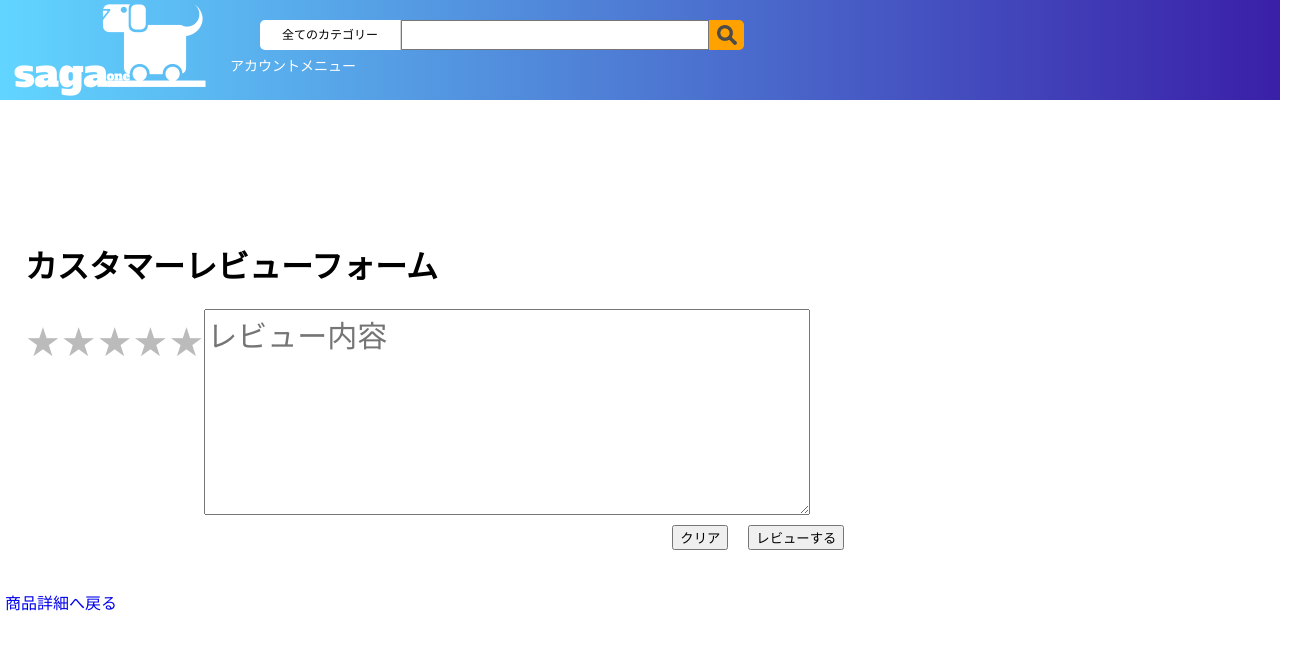
Repository: a4b3c2d1/backup
Page: http://localhost/sagaone-master/review.jsp
These files come from the project's save history. The page is drawn as it stood at one moment and after the next save; the edit follows.
The browser window is 1280 px wide. The page is 1315 px wide, so the pictures cover 1315 px, including what lies to the right of the window. The pictures show the whole page.
The page is served by Tomcat 9. Other server files are loaded and not shown.

Above is the page before, as saved 2018-01-21 05:19:42.

### sagaone-master/WebContent/review.jsp
<%@ page language="java" contentType="text/html; charset=UTF-8"
	pageEncoding="UTF-8"%>
<%@ taglib prefix="s" uri="/struts-tags"%>
<!DOCTYPE html PUBLIC "-//W3C//DTD HTML 4.01 Transitional//EN" "http://www.w3.org/TR/html4/loose.dtd">
<html>
<head>
<meta http-equiv="Content-Type" content="text/html; charset=UTF-8">
<meta http-equiv="Content-Style-Type" content="text/css" />
<meta http-equiv="Content-Script-Type" content="text/javascript" />
<link rel="stylesheet" type="text/css" href="./css/style.css">

<title>レビュー</title>
<style type="text/css">
a {
	text-decoration: none;
}

a:visited {
	color: #0066c0;
	text-decoration: none
}

#main {
	margin-top: 100px;
	margin-bottom: 60px;
	min-height: 100%;
	height: auto !important;
	height: 100%;
	position: relative;
}

.main1 {
	padding: 20px;
	width: 100%;
	height: 350px;
}

.review1 {
	height: 250px;
	float: left;
	width: 650px;
}

.text {
	width: 600px;
	height: 200px;
	font-size: 30px;
}
.botton1{
float:right;
margin:10px;

}

.main2 {
	width: 100%;
	clear: both;
}

.hyouka {
	float: left;
	height: 100px;
	display: -ms-flex;
	display: -webkit-flex;
	display: -moz-flex;
	display: -o-flex;
	display: flex;
	flex-direction: -ms-row-reverse;
	flex-direction: -webkit-row-reverse;
	flex-direction: -moz-row-reverse;
	flex-direction: -o-row-reverse;
	flex-direction: row-reverse;
	justify-content: -ms-right;
	justify-content: -webkit-right;
	justify-content: -moz-right;
	justify-content: -o-right;
	justify-content: right;
}

.a:hover {
	color: #eb1515;
	cursor: pointer;
	text-decoration: underline;
}

.hyouka input[type='radio'] {
	display: none;
}

.hyouka label {
	position: relative;
	padding: 10px 0px 20px 0px;
	color: #bbb;
	cursor: pointer;
	font-size: 40px;
}

.hyouka label:hover, .hyouka label:hover ~ label, .hyouka input[type='radio']:checked
	 ~ label {
	color: #ffcc33;
}

.main1 input[type='submit'], input[type='button'] {
	float: right;
}
</style>

<script type="text/javascript">
	function hoge() {
		document.getElementById("text").value = "";
	}
</script>
</head>
<body>
	<header>

	<div id="main-logo">
		<img src="./css/sagaone_logo.png" height="100px">
	</div>

	<div id="search-form">

		<s:form action="SearchItemAction">
			<div id="search-box">
				<select name="itemCategory" id="category">
					<option value="0">全てのカテゴリー</option>
					<option value="1">本</option>
					<option value="2">家電・パソコン</option>
					<option value="3">おもちゃ・ゲーム</option>
				</select> <input type="text" name="searchWord" id="search" />
			</div>
			<div class="search-btn">
				<input type="image" src="./css/searchIcon.png" width="20"
					height="20" class="icon" />
			</div>
		</s:form>
	</div>

	<div id="header-container">

		<ul id="normal" class="dropmenu">

			<li><s:if test="session.loginUserId != null">
					<s:property value="#session.loginUserId" />でログイン中
					</s:if></li>

			<li>アカウントメニュー
				<ul>
					<s:if test="session.loginUserId != null">
						<li><s:form action="MyPageAction">
								<s:submit value="マイページ" cssClass="b-btn" />
							</s:form></li>
					</s:if>

					<s:if test="session == null">
						<li><s:form action="LoginPageAction">
								<s:submit value="ログイン画面へ" cssClass="b-btn" />
							</s:form></li>
					</s:if>

					<s:if test="session.loginUser == null">
						<li><s:form action="LoginPageAction">
								<s:submit value="ログイン画面へ" cssClass="b-btn" />
							</s:form></li>
					</s:if>

					<s:if test="session.loginUser != null">
						<li><s:form action="LogoutAction">
								<s:submit value="ログアウト" cssClass="b-btn" />
							</s:form></li>
					</s:if>

					<li><s:form action="UserCreateAction">
							<s:submit value="ユーザー登録" cssClass="b-btn" />
						</s:form></li>

					<li><s:form action="ItemAction">
							<s:hidden name="offset" value="0"></s:hidden>
							<s:submit value="商品一覧" cssClass="b-btn" />
						</s:form></li>

					<li><s:form action="CartAction">
							<s:hidden name="cartFlg" value="1"></s:hidden>
							<s:submit value="カート確認" cssClass="b-btn" />
						</s:form></li>

					<s:if test="session.loginUser != null">
						<li><s:form action="PaymentAction">
								<s:submit value="決済" cssClass="b-btn" />
							</s:form></li>
					</s:if>
				</ul>
			</li>
		</ul>
	</div>


	</header>
	<div id="main">
		<div class="main1">
			<h1>カスタマーレビューフォーム</h1>
			<s:if test="reviewErrormessage !=''">
				<s:property value="reviewErrormessage" escape="false" />

			</s:if>
			<s:form action="ReviewConfirmAction">

				<div class="hyouka">
					<input id="hoshi1" type="radio" name="value" value="5" /> <label
						for="hoshi1">★</label> <input id="hoshi2" type="radio"
						name="value" value="4" /> <label for="hoshi2">★</label> <input
						id="hoshi3" type="radio" name="value" value="3" /> <label
						for="hoshi3">★</label> <input id="hoshi4" type="radio"
						name="value" value="2" /> <label for="hoshi4">★</label> <input
						id="hoshi5" type="radio" name="value" value="1" /> <label
						for="hoshi5">★</label> <input type="radio" name="value" value=""
						checked="checked" style="display: none;" />
				</div>
				<div class="review1">
					<s:textarea class="text" name="review" placeholder="レビュー内容"></s:textarea>

					<span class="botton1"><input type="submit" value="レビューする" /></span><span
						class="botton1"> <input type="button" value="クリア"
						onClick="hoge()" /></span>
				</div>
			</s:form>
		</div>

		<div class="main2">

			<a
				href='<s:url action="ItemDetailAction"><s:param name="product_id" value="session.review_product_id" /><s:param name="category_id" value="session.review_category_id" /></s:url>'>
				<span class="a">商品詳細へ戻る</span>
			</a>
		</div>
	</div>
</body>

</html>

### sagaone-master/WebContent/css/style.css
@CHARSET "UTF-8";

html {
	min-height: 100%;
	position: relative;
}
body{
	margin: 0;
	font-family: Ariel, sans-serif;
	margin-bottom: 45px;
}
.clearfix:after {
	content: "";
	clear: both;
	display: block;
}

header{
	height: 100px;
	background-image: linear-gradient(-90deg, #3A1FA8, #61D5FF);
	color: white;
}

input{
	outline: none;
}

#main-logo{
	float: left;
	height: 100px;
	padding-left: 10px;
}

#search-form{
	padding-top: 20px;
	min-width: 500px;
	height: 30px;
	margin-left: 260px;
	line-height: 20px;
}

#search-box{
	margin: 0;
	float:left;
	height: 30px;
}

#category{
	appearance: none;
	background: #fff;
	vertical-align: middle;
	color: black;
	box-sizing: content-box;
	border: 0;
	border-right: 1px solid #d7d7d7;
	border-radius: 5px 0 0 5px;
	margin: 0;
	float:left;
	height: 30px;
	width: 140px;
	font-size: 12px;
	text-align: center;
}

#search{
	margin: 0;
	float: left;
	height: 24px;
	width: 300px;
}

.search-btn{
	position: relative;
	margin: 0;
	float: left;
	height: 30px;
	width: 35px;
	background-color: #ffa200;
	box-sizing:border-box;
	border: none;
	border-radius: 0 5px 5px 0;
	color: black;
	box-shadow: none;
	outline: none;
	inline: none;
	text-align: center;
	line-height: 22px;
}
.search-btn input {
	padding-top: 5px;
}
.search-btn:hover{
	cursor: pointer;
	opacity: 0.9;
}

#header-container{
	min-width: 600px;
	width: 65%;
	height: 50px;
	margin-top: 0px;
	margin-left: 230px;
}
#itemmenu, #acountmenu {
  float: left;
  position: relative;
  width: 180px;
  height: 30px;
  margin: 0;
  padding-top: 15px;
  text-align: center;
}

#welcome{
	float: right;
	width: 180px;
	height: 30px;
	padding-top: 15px;
}

.dropmenu{
float: left;
  *zoom: 1;
  list-style-type: none;
  width: 100%;
  height:45px;
  margin: 5px auto 0;
  padding: 0;
  font-size: 14px;
}
.dropmenu:before, .dropmenu:after{
  content: "";
  display: table;
}
.dropmenu:after{
  clear: both;
}

.drop-topic {
	display: inherit;
	height: 100%;
	text-align: center;
}
.b-btn, .c-btn{
  display: block;
  margin: 0;
  padding: 15px 0 11px;
  width: 100%;
  background: #fff;
  box-shadow: 3px 3px 10px #cccccc;
  color: black;
  font-size: 14px;
  line-height: 1;
  text-decoration: none;
  text-align: center;
  border: transparent 1px solid ;
  transition: 0.2s;
}
.item-drop, .acount-drop {
  display: none;
  list-style: none;
  position: absolute;
  z-index: 9999;
  top: 100%;
  width: 180px;
  margin: 0;
  padding: 0;
    border: 1px solid #aaa;
    transition: opacity 0.2s linear;
}

.item-drop li{
  width: 100%;
}
.acount-drop li {
	width: 100%;
}
.dropmenu li:hover ul{
  display: block;
}

.dropmenu li ul li{
  overflow: hidden;
  height: 0;
  transition: .2s;
}

.dropmenu li:hover ul li{
  overflow: visible;
  height: 38px;
}
.b-btn{
  padding: 13px 15px;
  background: #fff;
  text-align: center;
}
.acount-drop:hover > .b-btn{
  background: #59c5ff;
  transition: .2s;
}
.b-btn:hover{
  	letter-spacing: 3px;
	background-color: #59c5ff;
	color: #fff;
}

.c-btn{
  padding: 13px 15px;
  background: #fff;
  text-align: center;
}
.item-drop:hover > .c-btn{
  background: #00d977;
  transition: .2s;
}
.c-btn:hover{
  	letter-spacing: 3px;
	background-color: #00d977;
	color: #fff;
}

.item-drop {
  display: none;
}



#main{
	margin: 50px 5px 60px ;
}

footer{
	clear: both;
	position: absolute;
	bottom: 0;
	width: 100%;
	height: 45px;
	line-height: 50px;
	text-align: center;
	background-image: linear-gradient(-90deg, #3A1FA8, #61D5FF);
	color: white;
}

After the next save:
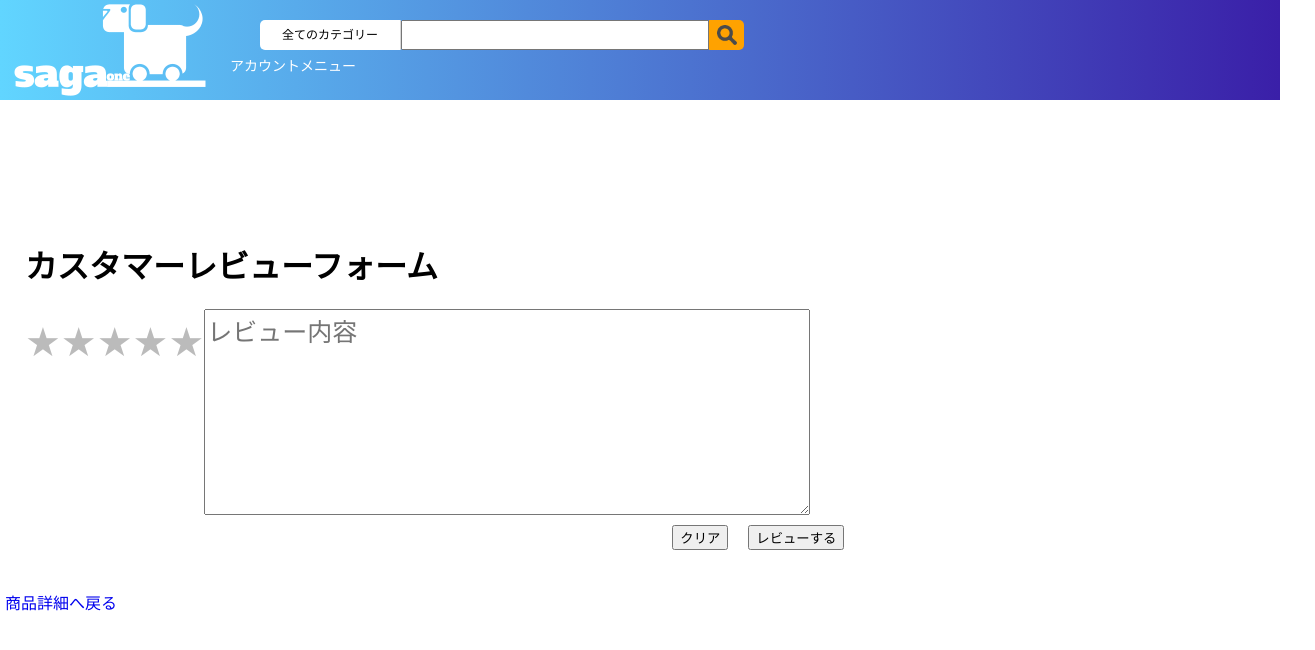
Saved 9 s later.
--- a/sagaone-master/WebContent/review.jsp
+++ b/sagaone-master/WebContent/review.jsp
@@ -44,7 +44,7 @@ a:visited {
 .text {
 	width: 600px;
 	height: 200px;
-	font-size: 30px;
+	font-size: 25px;
 }
 .botton1{
 float:right;
